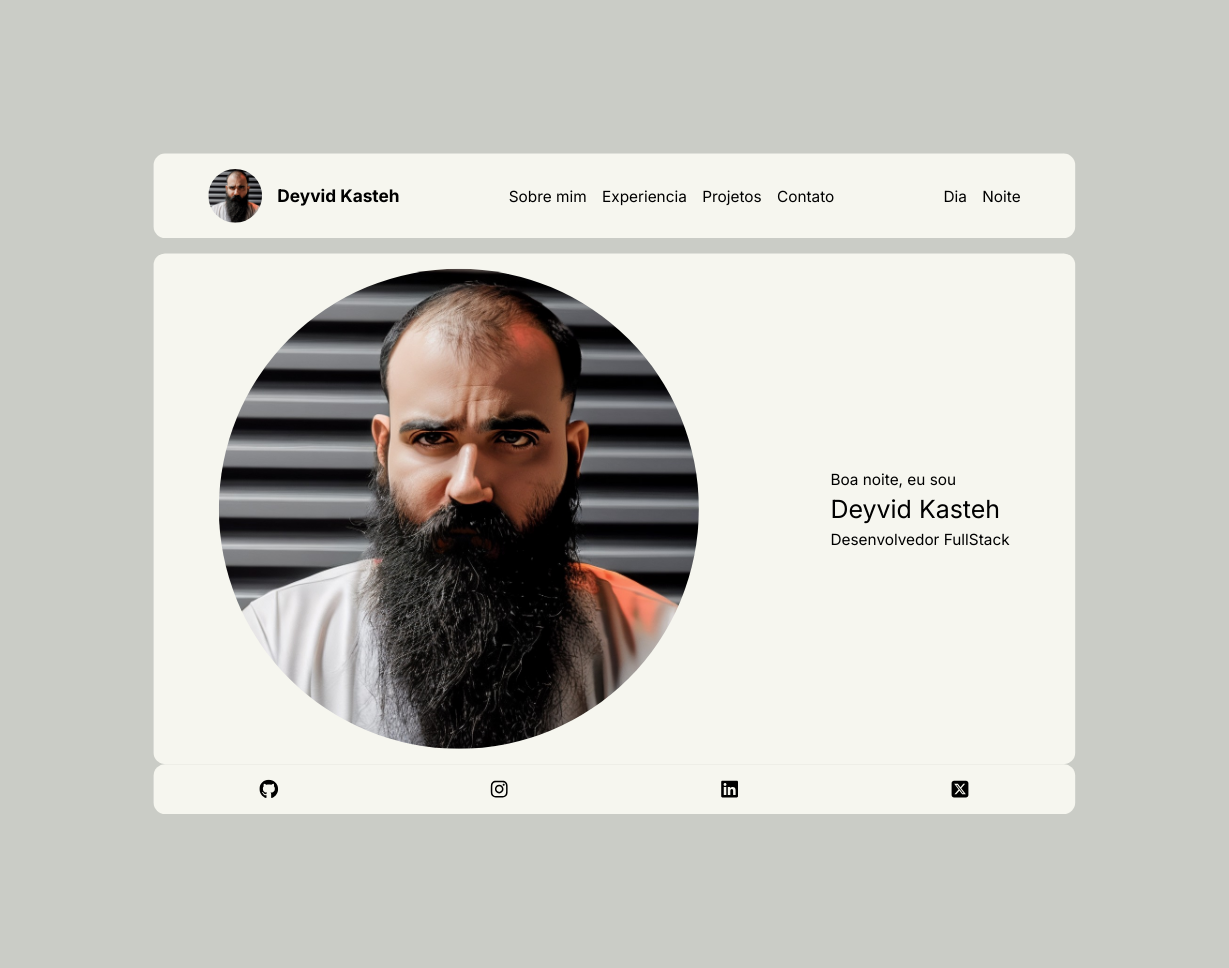
Repository: Deyvid-Kasteh/kasteh_portfolio
Page: /
An editor plug-in stored every save of this project. The page is shown before and after a run of saves, followed by the edit.
The browser window is 1280 px wide. The pictures show the whole page, at 96% of full size.
The project was rebuilt for these pictures with package versions that can differ from the ones it lists, and the page was loaded fresh each time. The framework's server and built-in components were replaced by stand-ins that run in the browser. Also part of the build but not shown: next.config.mjs.

Above is the page before, as saved 2024-03-26 01:04:43.

After the next 2 saves:
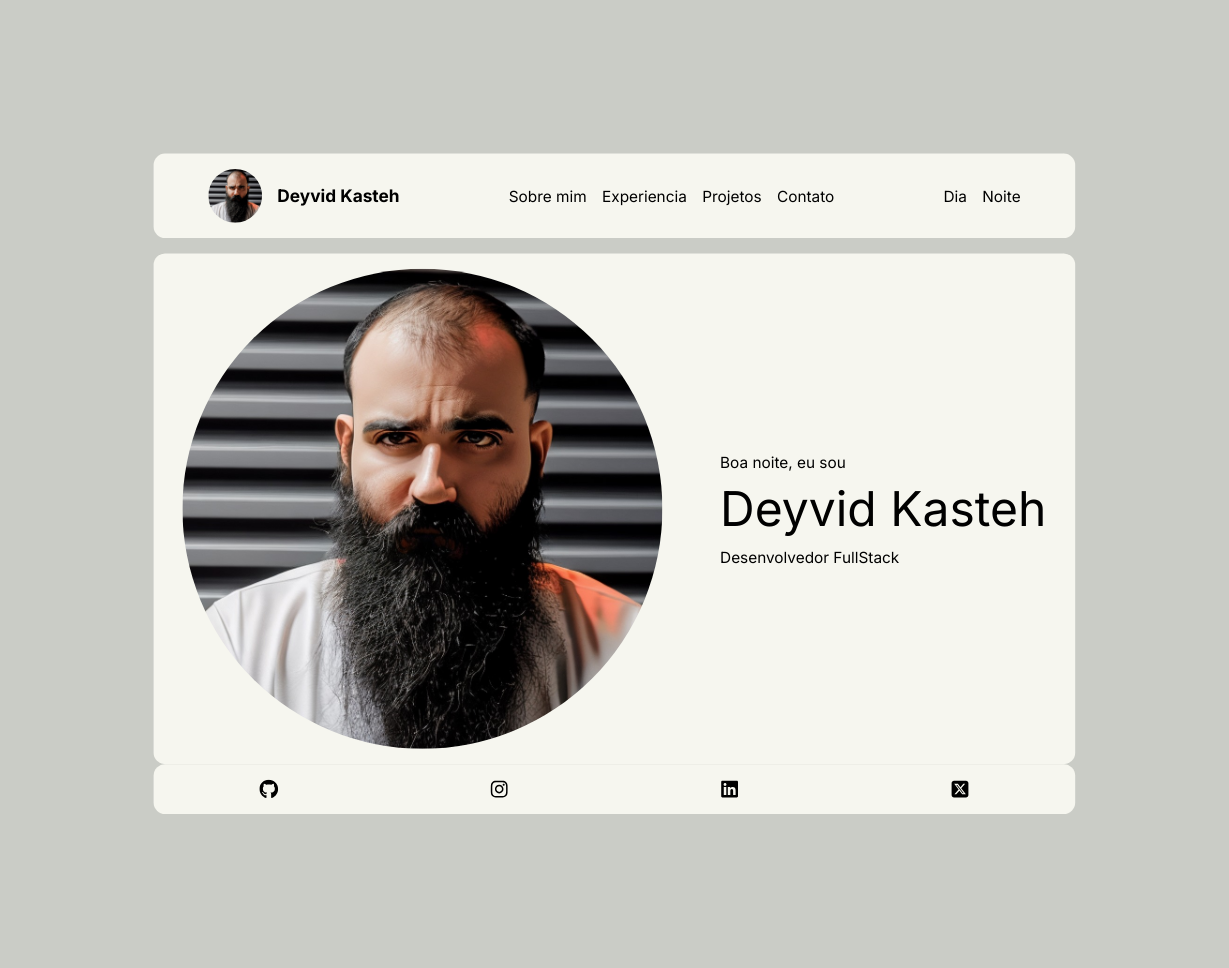
The 2 saves are shown as one change because they came seconds apart.
The last was saved 6 s later.
--- a/src/app/components/SobreMim.tsx
+++ b/src/app/components/SobreMim.tsx
@@ -9,7 +9,7 @@ const SobreMim: React.FC = () => {
       </div>
       <div className="flex flex-col">
         <span>Boa noite, eu sou</span>
-        <span className="text-[26px]">Deyvid Kasteh</span>
+        <span className="text-[50px]">Deyvid Kasteh</span>
         <span>Desenvolvedor FullStack</span>
       </div>
     </>
